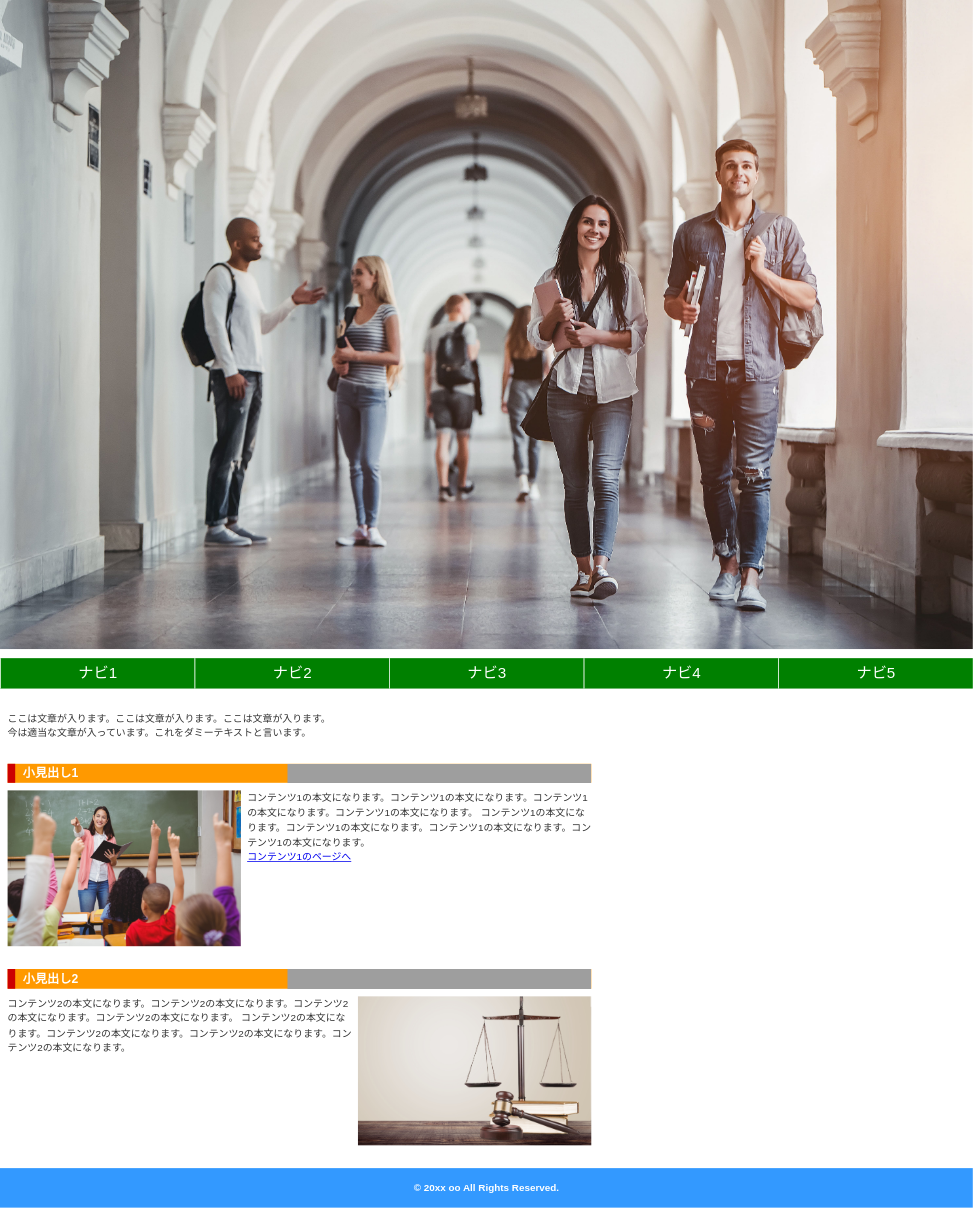
Repository: kazyakuma/Samurai_JS
Page: home.html
The author's editor kept a record of every edit. The page is drawn from the files as they stood at one moment, then again after the next edit.
The browser window is 1280 px wide. The pictures show the whole page, at 76% of full size.
Pictures or frames that could not be fetched are drawn as grey boxes.

Above is the page before.

After the next edit:
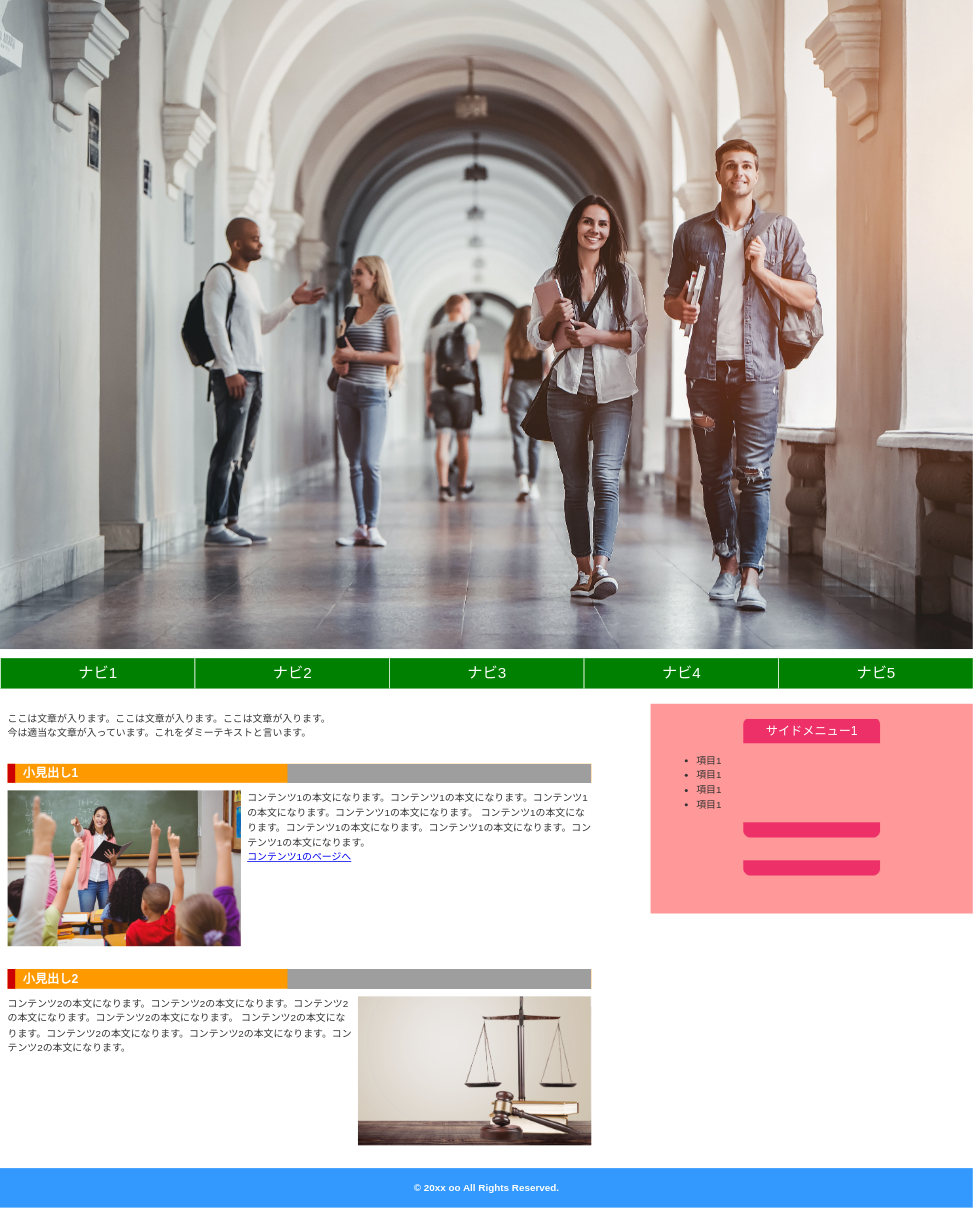
The edit:
--- a/home.html
+++ b/home.html
@@ -39,6 +39,19 @@
                         </p>
                     </div>
                 </div>
+                    <div id = "side">
+                        <div class = "box">
+                                <h2>サイドメニュー1</h2>
+                                <div class = "box Body">
+                                    <ul>
+                                        <li>項目1</li>
+                                        <li>項目1</li>
+                                        <li>項目1</li>
+                                        <li>項目1</li>
+                                    </ul>
+                                </div>
+                        </div>
+                    </div>
             </div>
     </div>
     <div id = "footer">
